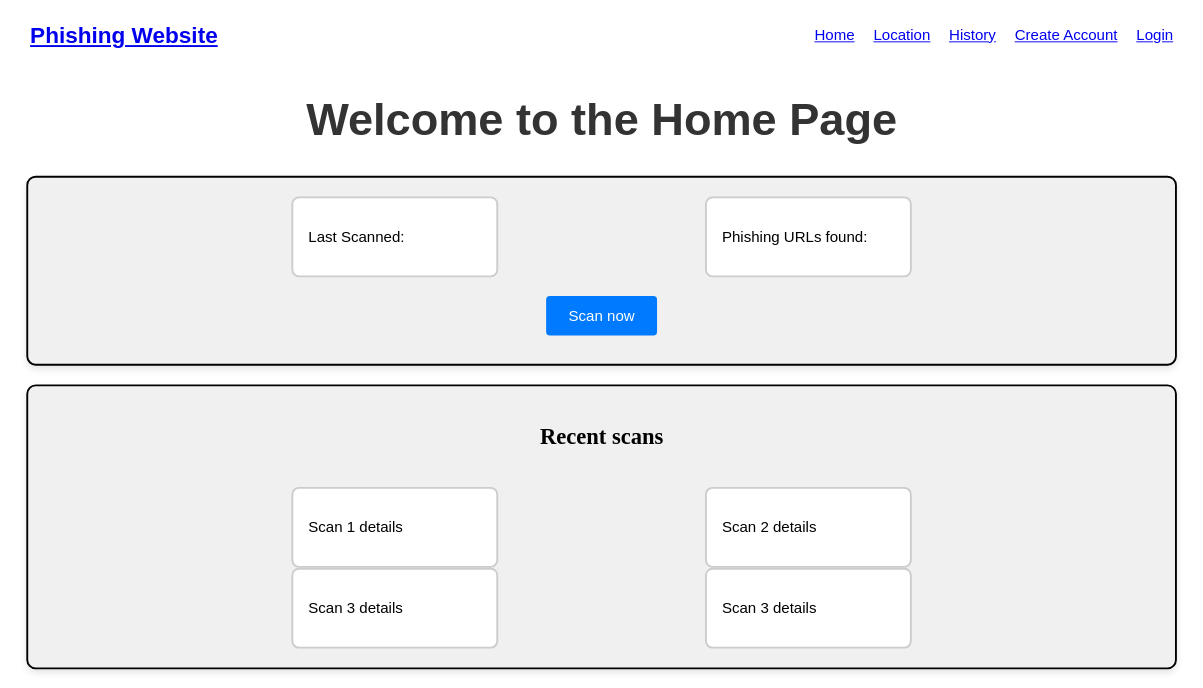
Repository: 2305199/Final-year-project
Page: / (app in frontend/)
The author's editor kept a copy of each file at every save. The page is drawn from the files as they stood at one save, then again after the next save.
The browser window is 1280 px wide. The pictures show the whole page, at 94% of full size.
The project was rebuilt for these pictures with package versions that can differ from the ones it lists, and the page was loaded fresh each time. Also part of the build but not shown: frontend/vite.config.js, frontend/src/Location/Location.jsx, frontend/src/History/History.jsx, frontend/src/User/CreateAccount.jsx, frontend/src/User/Login.jsx.

Above is the page before, as saved 2026-01-29 01:40:41.

### frontend/src/App.jsx
import { BrowserRouter as Router, Routes, Route } from 'react-router-dom';
import Home from './Home/Home.jsx'
import Location from './Location/Location.jsx'
import History from './History/History.jsx'
import CreateAccount from './User/CreateAccount.jsx'
import Login from './User/Login.jsx'
import Header from './components/Header.jsx'

function App() {

  return (
    <Router>
    <Header />
   <Routes>
      <Route path="/" element={<Home />} />
      <Route path="/location" element={<Location />} />
      <Route path="/history" element={<History />} />
      <Route path="/createAccount" element={<CreateAccount />} />
      <Route path="/login" element={<Login />} />
   </Routes>
    </Router>
  )
}

export default App

### frontend/src/Home/Home.jsx
import styles from './Home.module.css'
function Home() {
    return ( <div>
        <div className={styles.title}> <h1>Welcome to the Home Page</h1></div>


<div className={styles.Box}>
  <div className={styles.topRow}>
    <div className={styles.Lscanned}>
      <p>Last Scanned:</p>
    </div>

    <div className={styles.Pfound}>
      <p>Phishing URLs found:</p>
    </div>
  </div>

  <button className={styles.scanButton}>Scan now</button>
</div>



    <div className={styles.Box}>
        <h2>Recent scans</h2>
        <div className={styles.recentScans}>
            <div className={styles.topRow}>
            <div className={styles.Lscanned}><p>Scan 1 details</p></div>
            <div className={styles.Lscanned}><p>Scan 2 details</p></div>
            </div>
            <div className={styles.topRow}>
            <div className={styles.Lscanned}><p>Scan 3 details</p></div>
             <div className={styles.Lscanned}><p>Scan 3 details</p></div>
             </div>
        </div>
    </div>

    </div>)
}
export default Home

### frontend/src/components/Header.jsx
import styles from './Header.module.css'
function Header() {
    return (   <nav className={styles.navbar}>
      <h1 className={styles.logo}>
        <a href="/">Phishing Website</a>
      </h1>

      <ul className={styles.navLinks}>
        <li><a href="/">Home</a></li>
        <li><a href="/location">Location</a></li>
        <li><a href="/history">History</a></li>
        <li><a href="/createAccount">Create Account</a></li>
        <li><a href="/login">Login</a></li>
      </ul>
    </nav>)

}
export default Header

### frontend/src/Home/Home.module.css
.title{
    text-align: center;
    font-size: 1.5rem;
    margin-bottom: 20px;
    color: #333;
    font-family: 'Arial', sans-serif;
}
.Box{
    display: flex;
    flex-direction: column;
    align-items: center;
    justify-content: center;
   border: 2px solid black;
    padding: 20px;
    margin: 20px;
    background-color: #f0f0f0;
    border-radius: 10px;
    box-shadow: 0 4px 8px rgba(0, 0, 0, 0.1);

}
.container {
  display: grid;
  gap: 20px;
}

.Box {
  display: flex;
  flex-direction: column;
  align-items: center;
  gap: 20px;
}

.Lscanned,
.Pfound {
  border: 2px solid #ccc;
  padding: 16px;
  border-radius: 8px;
  background-color: #ffffff;
  font-family: 'Arial', sans-serif;
  width: 220px;
  box-sizing: border-box;
  margin-right: 100px;
  margin-left: 100px;
}

.scanButton {
  padding: 12px 24px;
  font-size: 16px;
  background-color: #007bff;
  color: #ffffff;
  border: none;
  border-radius: 4px;
  cursor: pointer;
  transition: background-color 0.3s ease;
  margin-bottom: 10px;

}
.scanButton:hover {
  background-color: #0056b3;}
.topRow {
  display: flex;
  flex-direction: row; /* side by side */
  gap: 20px;
  align-items: center;
}

### frontend/src/components/Header.module.css
.navLinks {
  list-style: none;
  display: flex;
  gap: 20px;
  margin: 0;
  padding: 0;
}

.navbar {
  display: flex;
  justify-content: space-between;
  align-items: center;
  padding: 16px 24px;
  font-family: Arial, Helvetica, sans-serif;

}
.logo {
  margin: 0;
  font-size: 24px;
}

Loaded but not shown: frontend/index.html (common file); frontend/src/main.jsx (common file); frontend/src/index.css (no stored copy; drawn as an empty file)

After the next save:
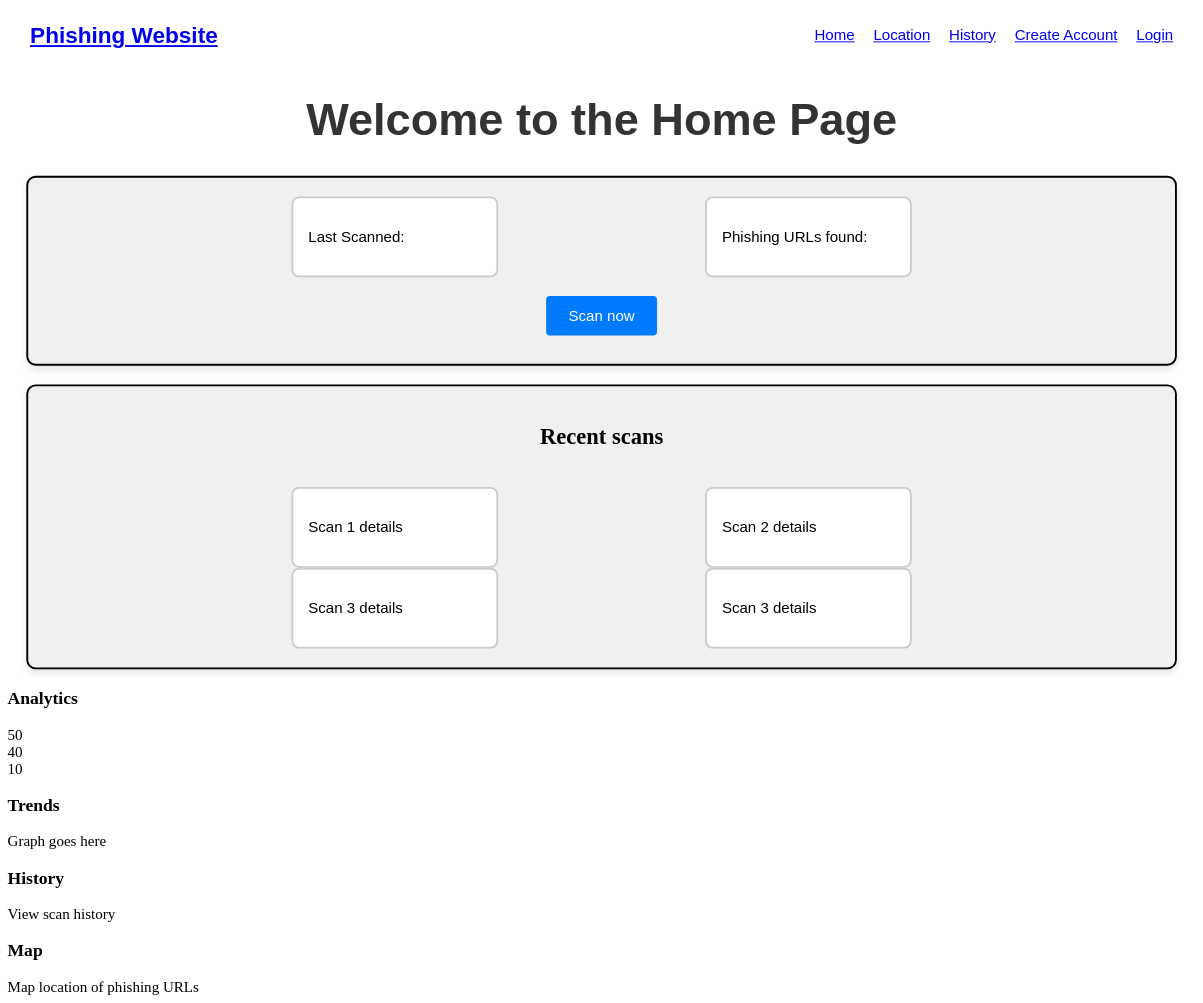
Saved 2 min 49 s later.
--- a/frontend/src/Home/Home.jsx
+++ b/frontend/src/Home/Home.jsx
@@ -33,6 +33,38 @@ function Home() {
              </div>
         </div>
     </div>
+          {/* Lower dashboard blocks */}
+      <section className={styles.section}>
+        <div className={styles.bottomGrid}>
+          {/* Analytics numbers */}
+          <div className={styles.panel}>
+            <h3 className={styles.panelTitle}>Analytics</h3>
+            <div className={styles.analyticsCircles}>
+              <div className={styles.circle}>50</div>
+              <div className={styles.circle}>40</div>
+              <div className={styles.circle}>10</div>
+            </div>
+          </div>
+
+          {/* Chart placeholder */}
+          <div className={styles.panel}>
+            <h3 className={styles.panelTitle}>Trends</h3>
+            <div className={styles.chartPlaceholder}>Graph goes here</div>
+          </div>
+
+          {/* History */}
+          <div className={styles.panel}>
+            <h3 className={styles.panelTitle}>History</h3>
+            <div className={styles.panelBody}>View scan history</div>
+          </div>
+
+          {/* Map */}
+          <div className={styles.panel}>
+            <h3 className={styles.panelTitle}>Map</h3>
+            <div className={styles.panelBody}>Map location of phishing URLs</div>
+          </div>
+        </div>
+      </section>
 
     </div>)
 }
